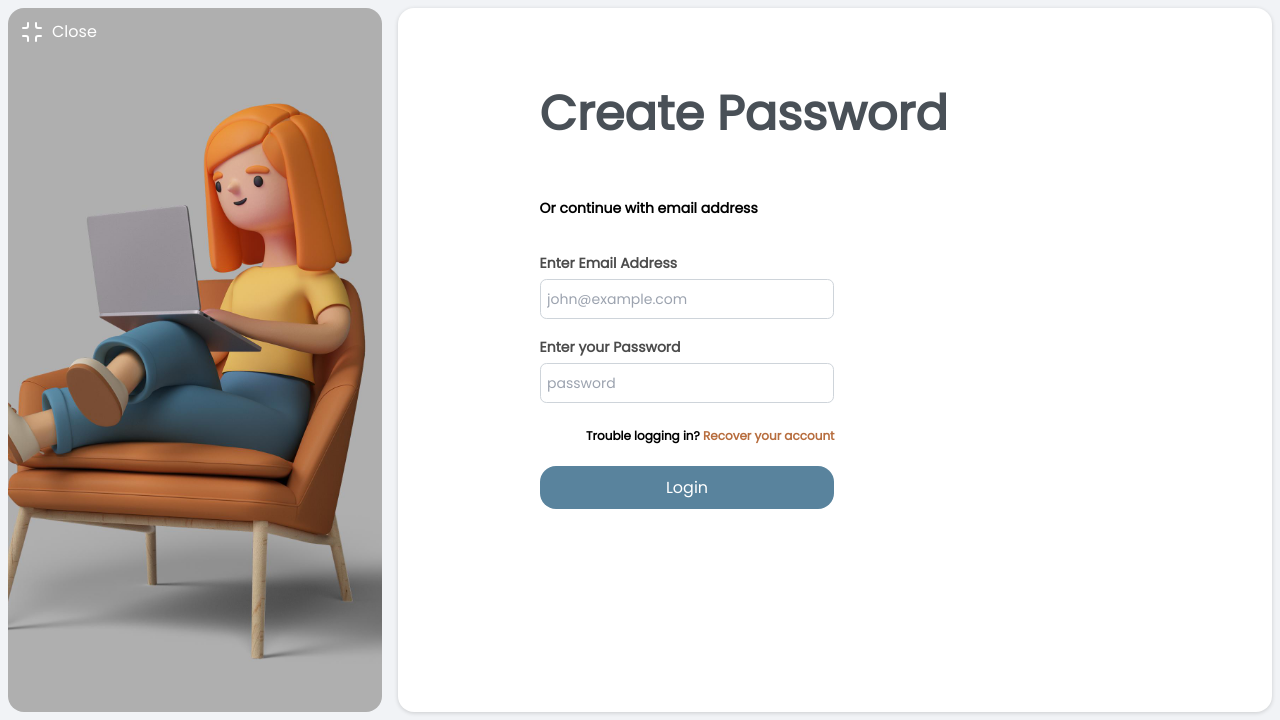
Repository: syni18/cleareyecare
Page: /reset-password (app in client/)
These files come from the project's save history. The page is drawn as it stood at one moment and after the next save; the edit follows.
The browser window is 1280 px wide. The pictures show the whole page.
The page's requests for data from a server got no answer. Some web fonts or font styles are not loaded; a fallback is used. Some web libraries are served in a nearby version. The project was rebuilt for these pictures with package versions that can differ from the ones it lists, and the page was loaded fresh each time. No one was signed in, and anything a server would have sent is missing. Also part of the build but not shown: client/vite.config.js, client/src/components/nav/navigation.css, client/src/components/dropdown/Dropdown.jsx, client/src/redux/store/cartStore.js, client/src/components/nav/Navigation.jsx, client/src/components/footer/footer.css, client/src/components/footer/Footer.jsx.

Above is the page before, as saved 2024-11-17 20:50:07.

After the next save:
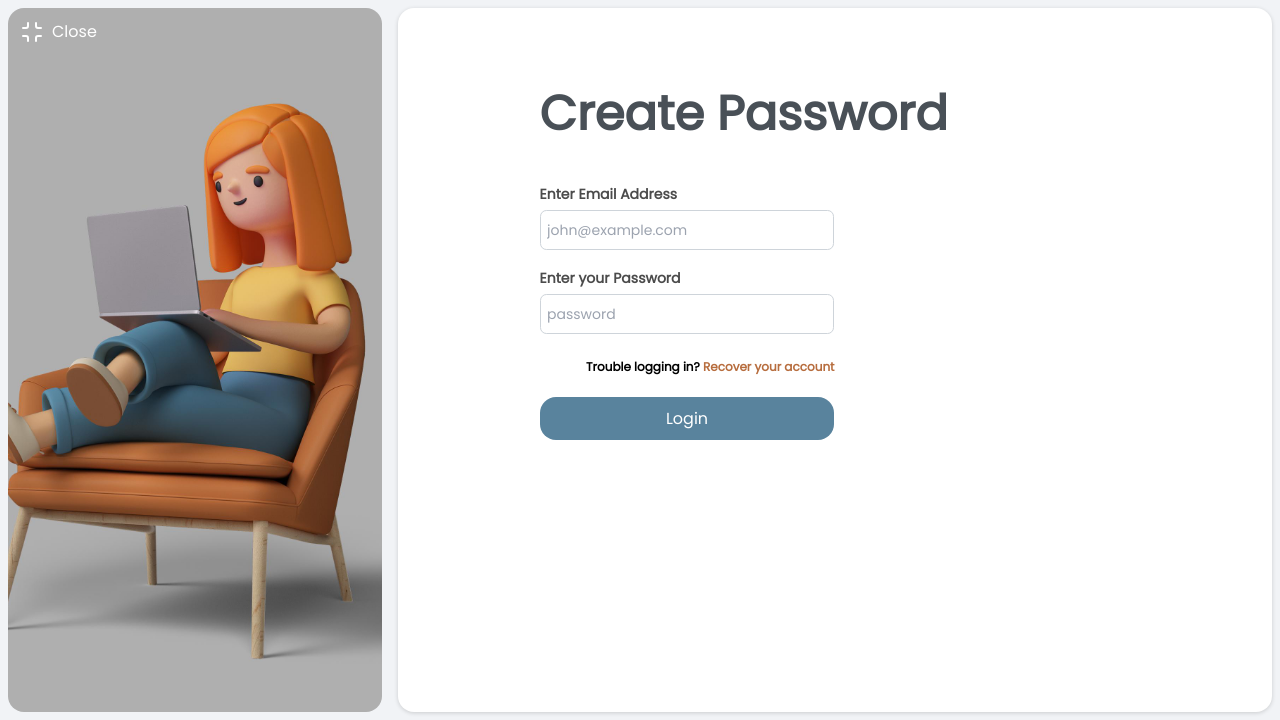
Saved 15 s later.
--- a/client/src/components/auth/ResetPassword.jsx
+++ b/client/src/components/auth/ResetPassword.jsx
@@ -59,9 +59,6 @@ function ResetPassword() {
         <div className="loco-right">
           <div className="lort-box">
             <span className="lrtb-header">Create Password</span>
-            <div className="horizontal-divider-with-text">
-              Or continue with email address
-            </div>
             <form className="login-form-wrapper" onSubmit={handleSubmit}>
               <FormField
                 label="Enter Email Address"
